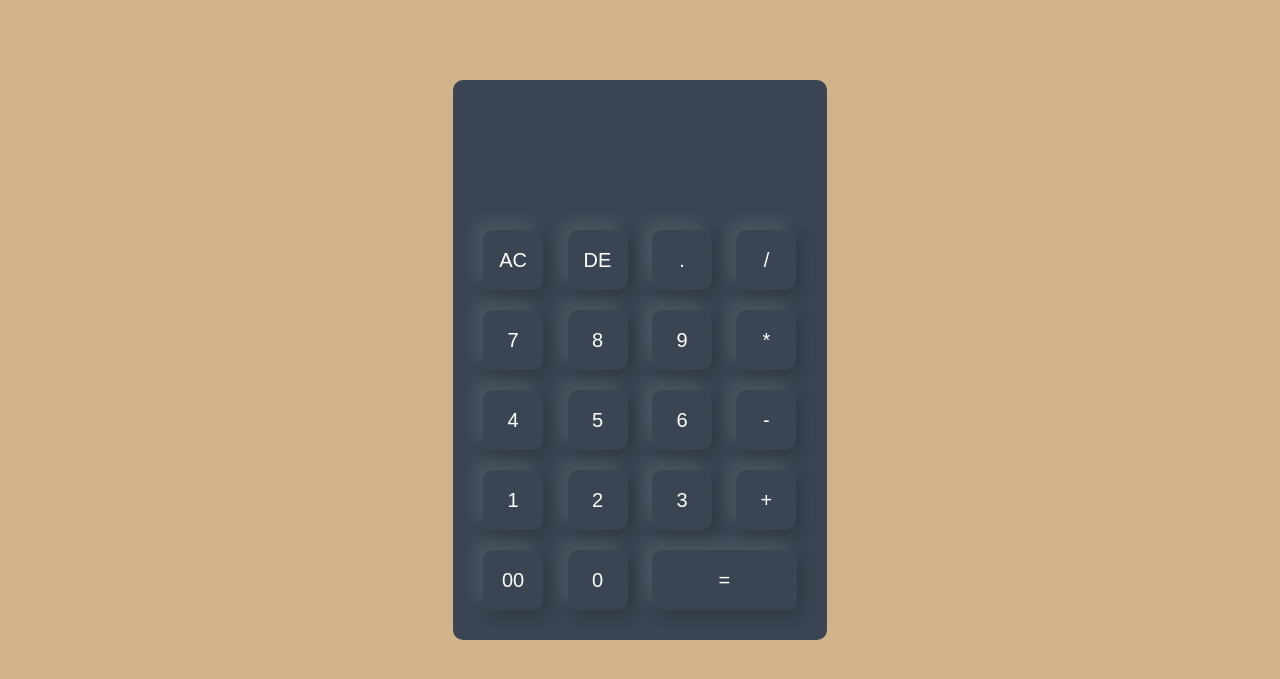
Repository: Anureet23/Calculator
Page: index.html
An editor plug-in stored every save of this project. The page is shown before and after the next save, followed by the edit.
The browser window is 1280 px wide. The pictures show the whole page.

Above is the page before, as saved 2023-02-07 23:02:27.

After the next save:
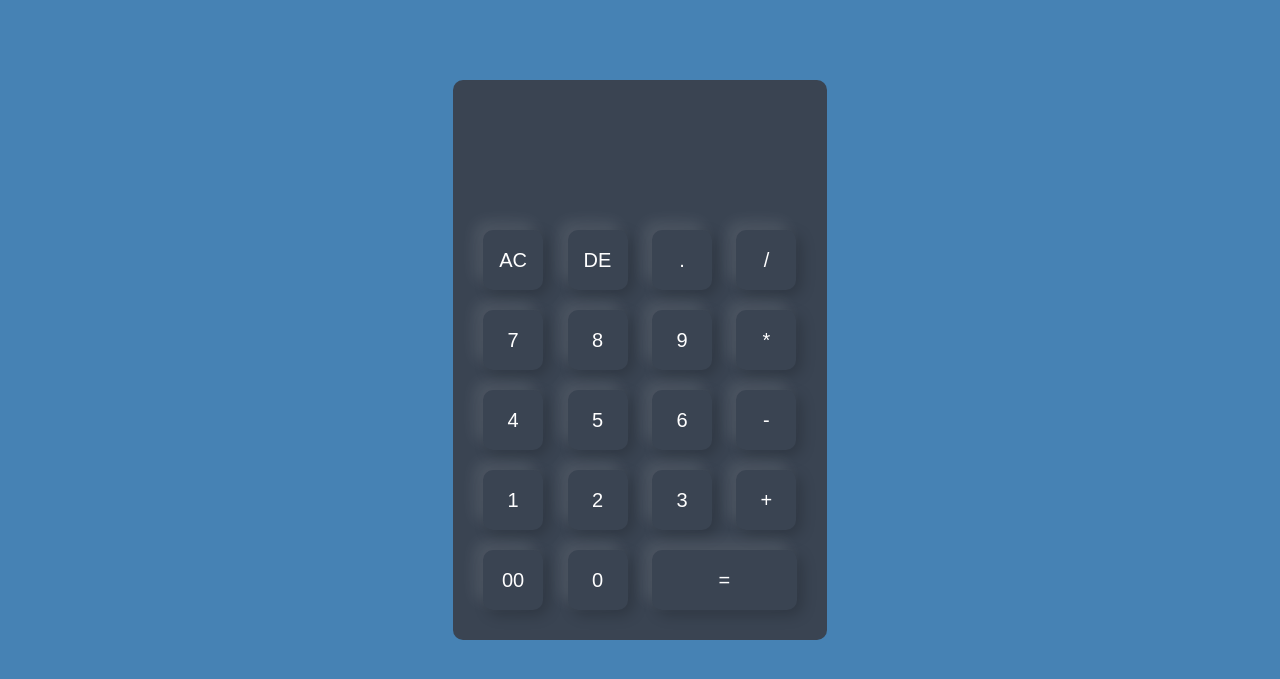
Saved 61 s later.
--- a/style.css
+++ b/style.css
@@ -8,7 +8,7 @@
 .container{
     width: 100%;
     height:100vh;
-    background:#D2B48C;
+    background:#4682B4;
     display:flex;
     align-items:center;
     justify-content: center;
